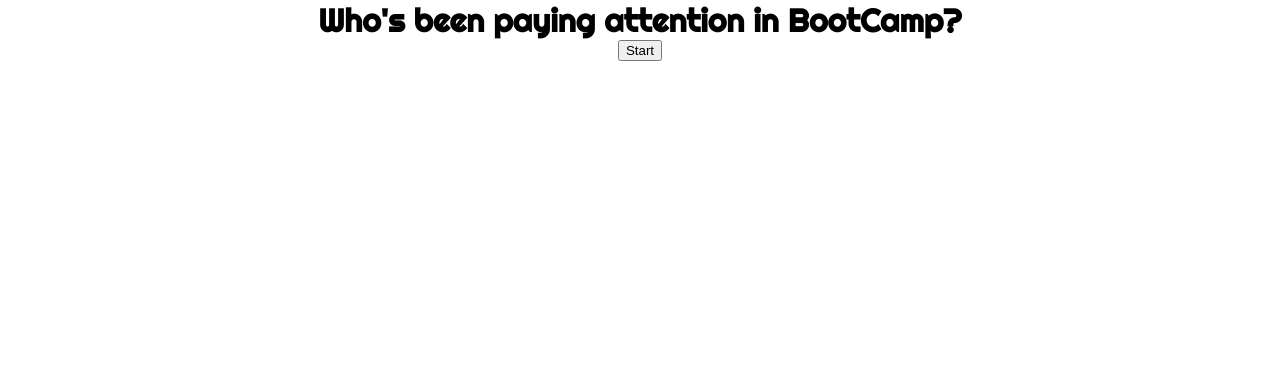
Repository: kkyler24/Quizlet
Page: Quiz.html
These files come from the project's save history. The page is drawn as it stood at one moment and after the next save; the edit follows.
The browser window is 1280 px wide. The pictures show the whole page.
Some web libraries are served in a nearby version.

Above is the page before, as saved 2020-03-16 01:04:46.

After the next save:
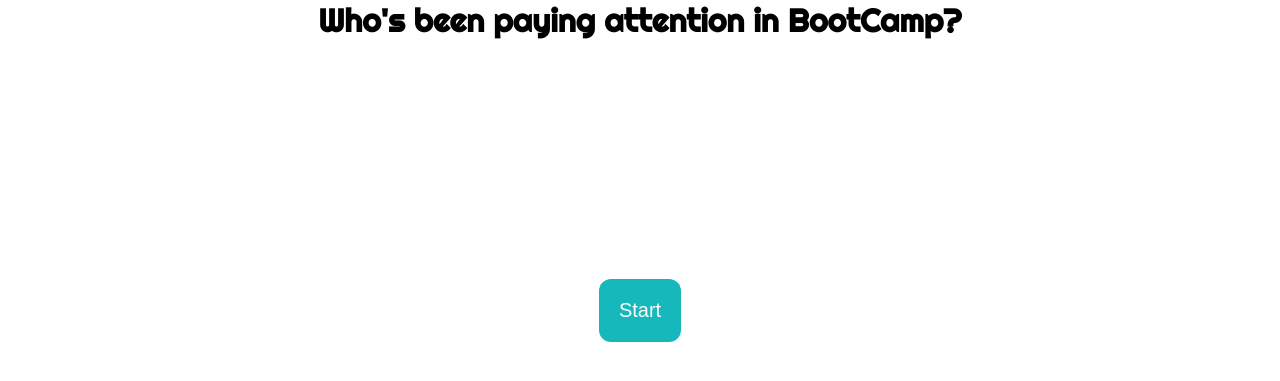
Saved 36 s later.
--- a/Quiz.html
+++ b/Quiz.html
@@ -23,11 +23,12 @@
 <!-- Quiz Design -->
 
 <body>
-    <div>
-        <input type="button" id="startButton" value="Start"/>
-    </div>
+
     <div class="time"></div>
     <Div class="flex-container">
+        <div>
+            <input type="button" class="startButton" value="Start"/>
+        </div>
         <div id="questionBoxOne" class="row" style="display: none;">
             <div class="col-md-6 col-sm-3 questionDiv">
                 "What is BootStrap?"
